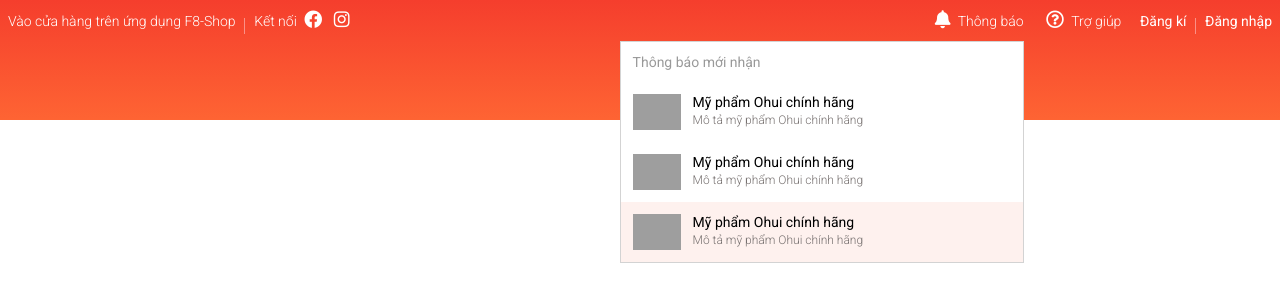
Repository: phunobi1807/shopee
Page: index.html
These files come from the project's save history. The page is drawn as it stood at one moment and after the next save; the edit follows.
The browser window is 1280 px wide. The pictures show the whole page.
Pictures or frames that could not be fetched are drawn as grey boxes.

Above is the page before, as saved 2021-06-13 12:16:50.

### index.html
<!DOCTYPE html>
<html lang="en">

<head>
    <meta charset="UTF-8">
    <meta http-equiv="X-UA-Compatible" content="IE=edge">
    <meta name="viewport" content="width=device-width, initial-scale=1.0">
    <title>Document</title>
    <link rel="stylesheet" href="https://cdnjs.cloudflare.com/ajax/libs/normalize/8.0.1/normalize.min.css">
    <link rel="stylesheet" href="./assets/css/base.css">
    <link rel="stylesheet" href="./assets/css/main.css">
    <link rel="stylesheet"
        href="./assets/fonts/fontawesome-free-5.15.3-web/fontawesome-free-5.15.3-web/css/all.min.css">
    <link rel="preconnect" href="https://fonts.gstatic.com">
    <link href="https://fonts.googleapis.com/css2?family=Roboto:wght@300;400;500&display=swap" rel="stylesheet">
</head>

<body>
    <div class="app">
        <header class="header">
            <div class="grid">
                <nav class="header__navbar">
                    <ul class="header__navbar-list">
                        <li class="header__navbar-item header__navbar-item--has-qr header__navbar-item--separate">
                            Vào cửa hàng trên ứng dụng F8-Shop
                            <div class="header__qr">
                                <img src="./assets/img/QR_code.png" alt="QR code" class="header__qr-img">
                                <div class="header__qr-apps">
                                    <a href="" class="header__qr-link">
                                        <img src="./assets/img/app_store.png" alt="Google Play"
                                            class="header__qr-download-img">
                                    </a>
                                    <a href="" class="header__qr-link">
                                        <img src="./assets/img/gg_play.png" alt="App Store"
                                            class="header__qr-download-img">
                                    </a>
                                </div>
                            </div>
                        </li>
                        <li class="header__navbar-item">
                            <span class="header__navbar-title--no-pointer">Kết nối</span>
                            <a href="" class="header__navbar-icon-link">
                                <i class="header__navbar-icon fab fa-facebook"></i>
                            </a>
                            <a href="" class="header__navbar-icon-link">
                                <i class="header__navbar-icon fab fa-instagram"></i>
                            </a>
                        </li>
                    </ul>
                    <ul class="header__navbar-list">
                        <li class="header__navbar-item">
                            <a href="" class="header__navbar-item-link">
                                <i class="header__navbar-icon fas fa-bell"></i>
                                Thông báo
                            </a>
                            <div class="header__notify">
                                <header class="header__notify-header">
                                    <h3>Thông báo mới nhận</h3>
                                </header>
                                <ul class="header__notify-list">
                                    <li class="header__notify-item">
                                        <a href="" class="header__notify-link">
                                            <img src="https://cf.shopee.vn/file/5fbf9049e4439e01d27d8f14388c46f8_tn" alt="" class="header__notify-img">
                                            <div class="header__notify-info">
                                                <span class="header__notify-name">Mỹ phẩm Ohui chính hãng</span>
                                                <span class="header__notify-description">Mô tả mỹ phẩm Ohui chính
                                                    hãng</span>
                                            </div>
                                        </a>
                                    </li>
                                    <li class="header__notify-item">
                                        <a href="" class="header__notify-link">
                                            <img src="https://cf.shopee.vn/file/5fbf9049e4439e01d27d8f14388c46f8_tn" alt="" class="header__notify-img">
                                            <div class="header__notify-info">
                                                <span class="header__notify-name">Mỹ phẩm Ohui chính hãng</span>
                                                <span class="header__notify-description">Mô tả mỹ phẩm Ohui chính
                                                    hãng</span>
                                            </div>
                                        </a>
                                    </li>
                                    <li class="header__notify-item header__notify-item-viewed">
                                        <a href="" class="header__notify-link">
                                            <img src="https://cf.shopee.vn/file/5fbf9049e4439e01d27d8f14388c46f8_tn" alt="" class="header__notify-img">
                                            <div class="header__notify-info">
                                                <span class="header__notify-name">Mỹ phẩm Ohui chính hãng</span>
                                                <span class="header__notify-description">Mô tả mỹ phẩm Ohui chính
                                                    hãng</span>
                                            </div>
                                        </a>
                                    </li>
                                </ul>
                            </div>
                        </li>
                        <li class="header__navbar-item">
                            <a href="" class="header__navbar-item-link">
                                <i class="header__navbar-icon far fa-question-circle"></i>
                                Trợ giúp
                            </a>
                        </li>
                        <li class="header__navbar-item header__navbar-item--strong header__navbar-item--separate">Đăng
                            kí</li>
                        <li class="header__navbar-item header__navbar-item--strong">Đăng nhập</li>
                    </ul>
                </nav>
            </div>
        </header>
        <div class="container">

        </div>
        <footer class="footer">

        </footer>
    </div>
</body>

</html>

### assets/css/base.css
:root
{
    --primary-color:#ee4d2d;
    --white-color: #fff;
    --black-color: #000;
    --text-color: #333;
}

*
{
    box-sizing: inherit;
}

html
{
    /* 10px */
    font-size: 62.5%;
    line-height: 1.6rem;
    font-family: 'Roboto', sans-serif;
    box-sizing: border-box;
}

.grid
{
    width: 1850px;
    max-width: 100%;
    margin: 0 auto;
}

.grid__full-width
{
    width: 100%;
}

.grid__row
{
    display: flex;
    flex-wrap: wrap;
}
/* Animation */
@keyframes fadeIn
{
    from
    {
        opacity: 0;
    }
    to
    {
        opacity: 1;
    }
}

### assets/css/main.css
.header
{
    height: 120px;
    background-image: linear-gradient(0, #fe6433, #f53e2d);
}
.header__navbar
{
    display: flex;
    justify-content: space-between;
}
.header__navbar-list
{
    list-style: none;
    padding-left: 0;
}
.header__navbar-item
{
    position: relative;
    margin: 0px 8px;
    min-height: 26px;
}
.header__navbar-item--has-qr:hover .header__qr
{
    display: block;
}
.header__navbar-item,
.header__navbar-item-link
{
    display: inline-block;
    font-size: 1.4rem;
    color: var(--white-color);
    text-decoration: none;
    font-weight: 300;
}
.header__navbar-item:hover,
.header__navbar-icon-link:hover,
.header__navbar-item-link:hover
{
    color: rgba(255, 255, 255, 0.7);
    cursor: pointer;
}
.header__navbar-item--strong
{
    font-weight: 400;
}
.header__navbar-item--separate::after
{
    content: "";
    display: block;
    position: absolute;
    border-left: 1px solid #FB9086;
    height: 16px;
    right: -9px;
    top: 50%;
    transform: translateY(-50%);
}

.header__navbar-icon-link
{
    color: var(--white-color);
    text-decoration: none;
}
.header__navbar-icon
{
    font-size: 1.8rem;
    margin: 0px 4px;

}
.header__navbar-title--no-pointer
{
    cursor: text;
    color: var(--white-color);
}
/* Header QR code  */
.header__qr
{
    background-color: var(--white-color);
    width: 186px;
    position: absolute;
    left: 0;
    top: 118%;
    padding: 8px;
    border-radius: 2px;
    display: none;
    animation:  fadeIn ease-in 0.3s;

}
.header__qr::before
{
    position: absolute;
    left: 0;
    top: -16px;
    width: 100%;
    height: 20px;
    content: "";
    display: block;

}
.header__qr-img
{
width: 100%;
}
.header__qr-apps
{
    display: flex;
    justify-content: space-between;
}
.header__qr-link:nth-child(1)
{
    margin-left: 11px;
}
.header__qr-link:nth-child(2)
{
    margin-right: 11px;
}
.header__qr-download-img
{
    height: 15px;
}

/* Header notification  */
.header__notify
{
    position: absolute;
    top: 118%;
    right: 0;
    width: 404px;
    border: 1px solid #D3D3D3;
    background-color: var(--white-color);
}
.header__notify-header
{
    height: 40px;
    background-color: var(--white-color);
}
.header__notify-header h3
{
    color: #999;
    margin: 0 0 0 12px;
    font-weight: 400;
    font-size: 1.4rem;
    line-height: 40px;
}
.header__notify-list
{
    padding-left: 0;
}
.header__notify-item
{
   display: flex;
}
.header__notify-item-viewed
{
    background-color: rgba(238, 77, 45, 0.08);
}
.header__notify-link
{
    display: flex;
    width: 100%;
    padding: 12px;
    text-decoration: none;

}
.header__notify-img
{
    width: 48px;
    object-fit: contain;
}
.header__notify-info
{
    margin-left: 12px;
}

.header__notify-name
{
    display: block;
    font-size: 1.4rem;
    color: var(--black-color);
    font-weight: 400;
}
.header__notify-description
{
display: block;
font-size: 1.2rem;
line-height: 2rem;
color: #756F6E;
}

Loaded but not shown: assets/fonts/fontawesome-free-5.15.3-web/fontawesome-free-5.15.3-web/css/all.min.css (library)

After the next save:
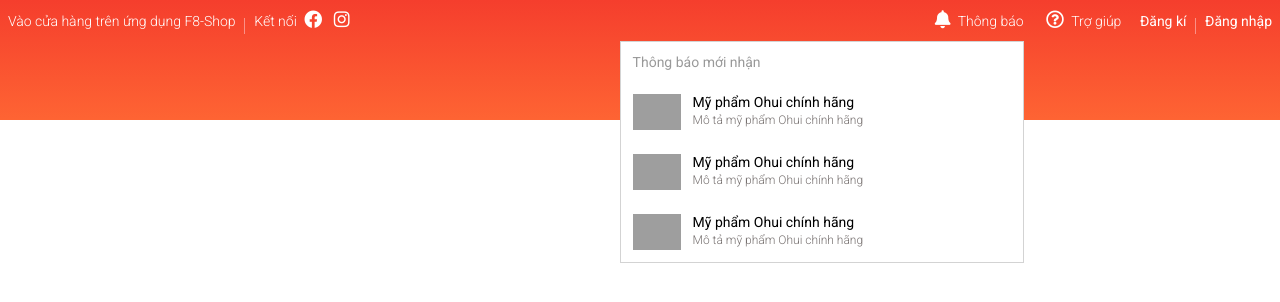
Saved 42 s later.
--- a/index.html
+++ b/index.html
@@ -58,7 +58,7 @@
                                     <h3>Thông báo mới nhận</h3>
                                 </header>
                                 <ul class="header__notify-list">
-                                    <li class="header__notify-item">
+                                    <li class="header__notify-item  background-color: rgba(238, 77, 45, 0.08);">
                                         <a href="" class="header__notify-link">
                                             <img src="https://cf.shopee.vn/file/5fbf9049e4439e01d27d8f14388c46f8_tn" alt="" class="header__notify-img">
                                             <div class="header__notify-info">
@@ -78,7 +78,7 @@
                                             </div>
                                         </a>
                                     </li>
-                                    <li class="header__notify-item header__notify-item-viewed">
+                                    <li class="header__notify-item ">
                                         <a href="" class="header__notify-link">
                                             <img src="https://cf.shopee.vn/file/5fbf9049e4439e01d27d8f14388c46f8_tn" alt="" class="header__notify-img">
                                             <div class="header__notify-info">
